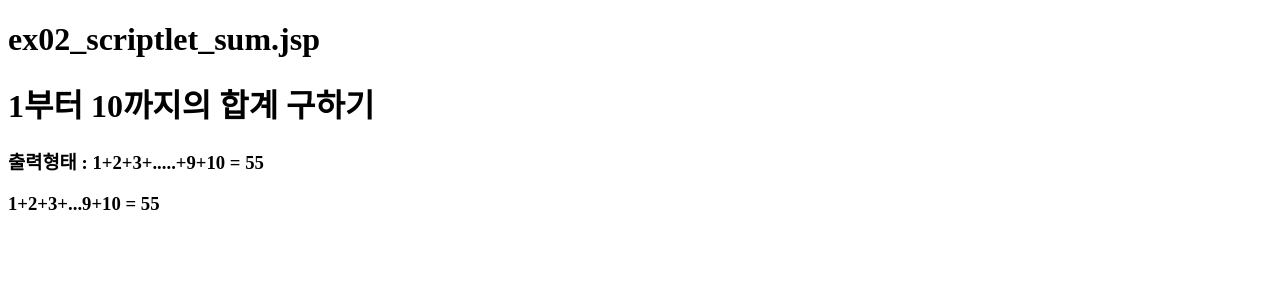
Repository: SeYoung1012/Bitcamp
Page: http://localhost/02_JSP/ex02_scriptlet_sum.jsp
These files come from the project's save history. The page is drawn as it stood at one moment and after the next save; the edit follows.
The browser window is 1280 px wide. The pictures show the whole page.
The page is served by Tomcat 9.

Above is the page before, as saved 2021-09-24 08:51:10.

After the next save:
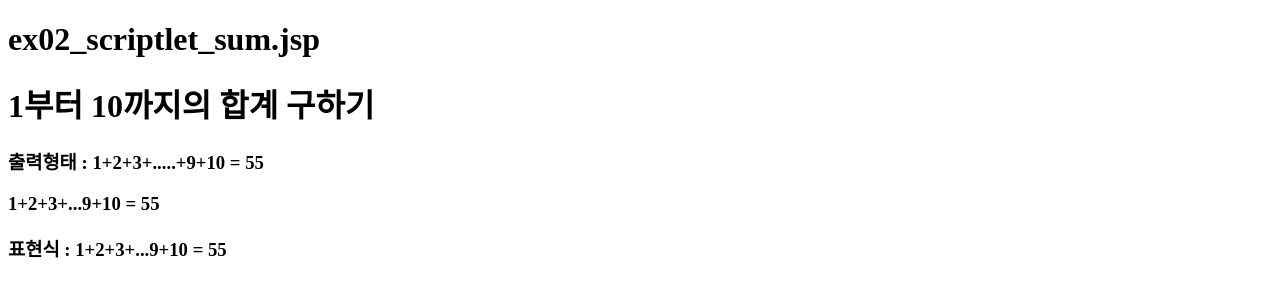
Saved 47 s later.
--- a/60_web/02_JSP/WebContent/ex02_scriptlet_sum.jsp
+++ b/60_web/02_JSP/WebContent/ex02_scriptlet_sum.jsp
@@ -22,7 +22,7 @@
 
 %>
 	<h3> 1+2+3+...9+10 = <% out.print(sum); %></h3>
-	<h3> </h3>
+	<h3> 표현식 : 1+2+3+...9+10 = <%= sum %></h3>
 
 
 </body>
